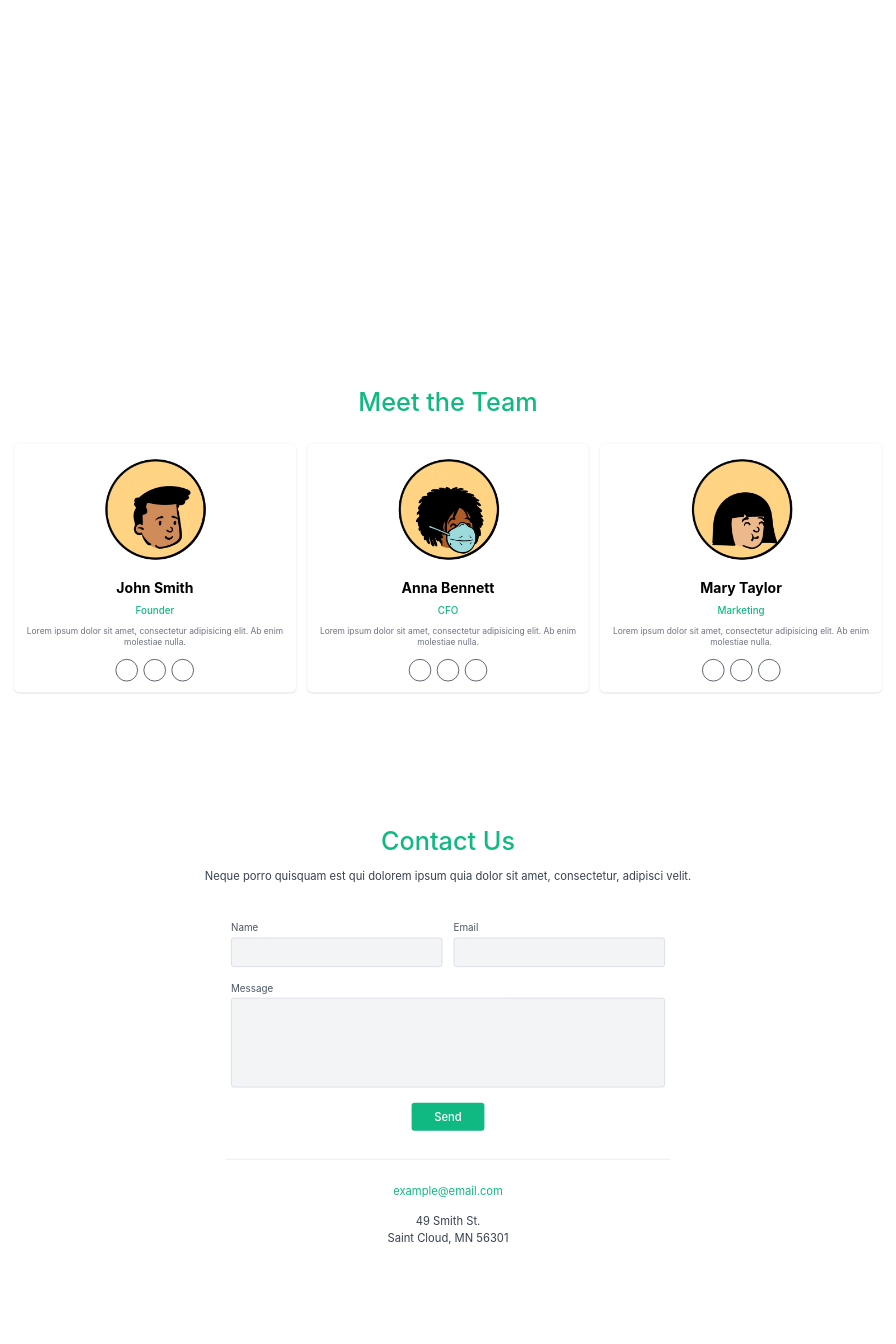
Repository: rhinorphan/phat-landing-page
Page: /
The author's editor kept a copy of each file at every save. The page is drawn from the files as they stood at one save, then again after the next save.
The browser window is 1280 px wide. The pictures show the part of the page from y = 1359 to 3279 px (the page is 3279 px tall before and 3095 px after), at 70% of full size.
The project was rebuilt for these pictures with package versions that can differ from the ones it lists, and the page was loaded fresh each time. Also part of the build but not shown: craco.config.js.

Above is the page before, as saved 2021-11-17 17:17:39.

After the next save:
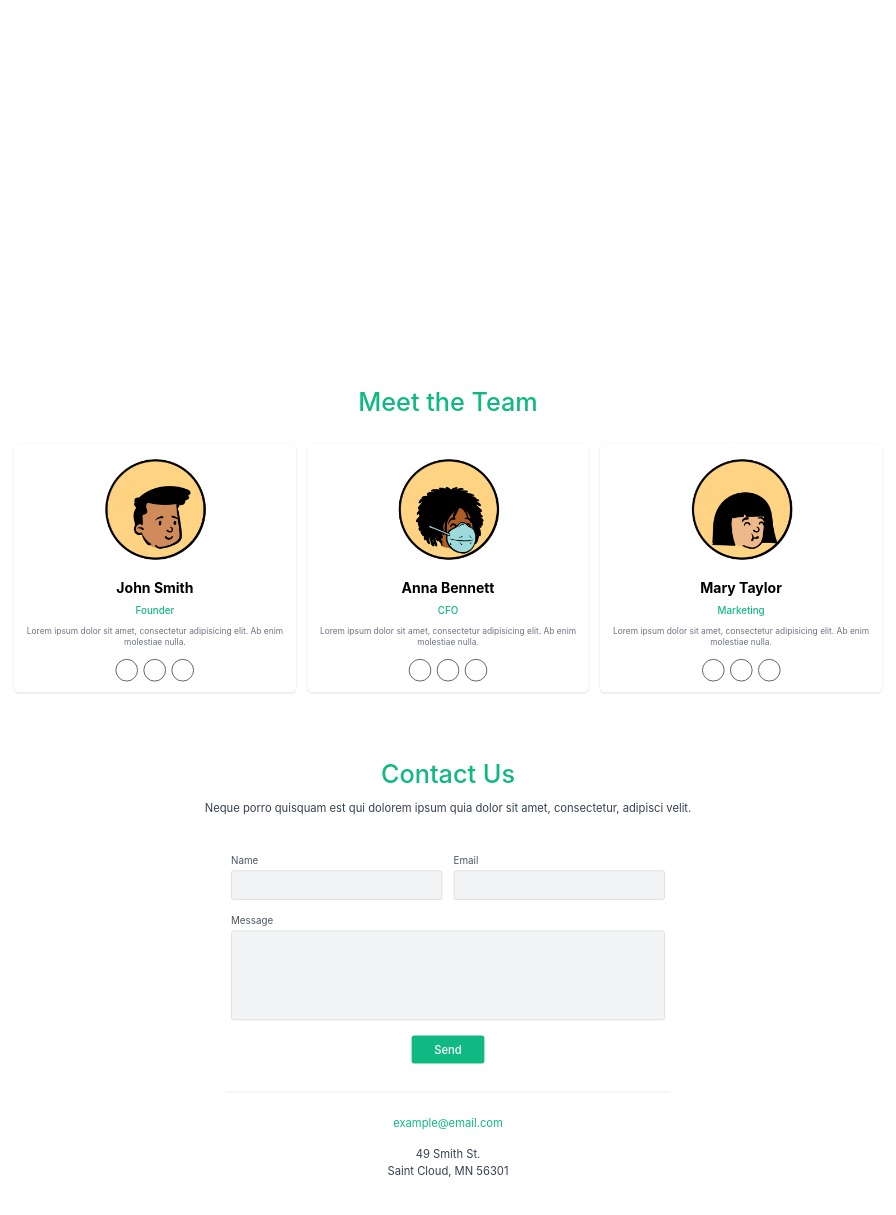
Saved 52 s later.
--- a/src/components/Contact.js
+++ b/src/components/Contact.js
@@ -6,7 +6,7 @@ function Contact() {
   return (
     <section
       className="text-gray-700 body-font" name="contact">
-        <div className="container px-5 py-24 mx-auto">
+        <div className="container px-5 py-18 mx-auto">
           <div className="flex flex-col text-center w-full mb-12">
             <h1 className="sm:text-4xl text-2xl font-medium title-font mb-4 text-green-500">
               Contact Us
